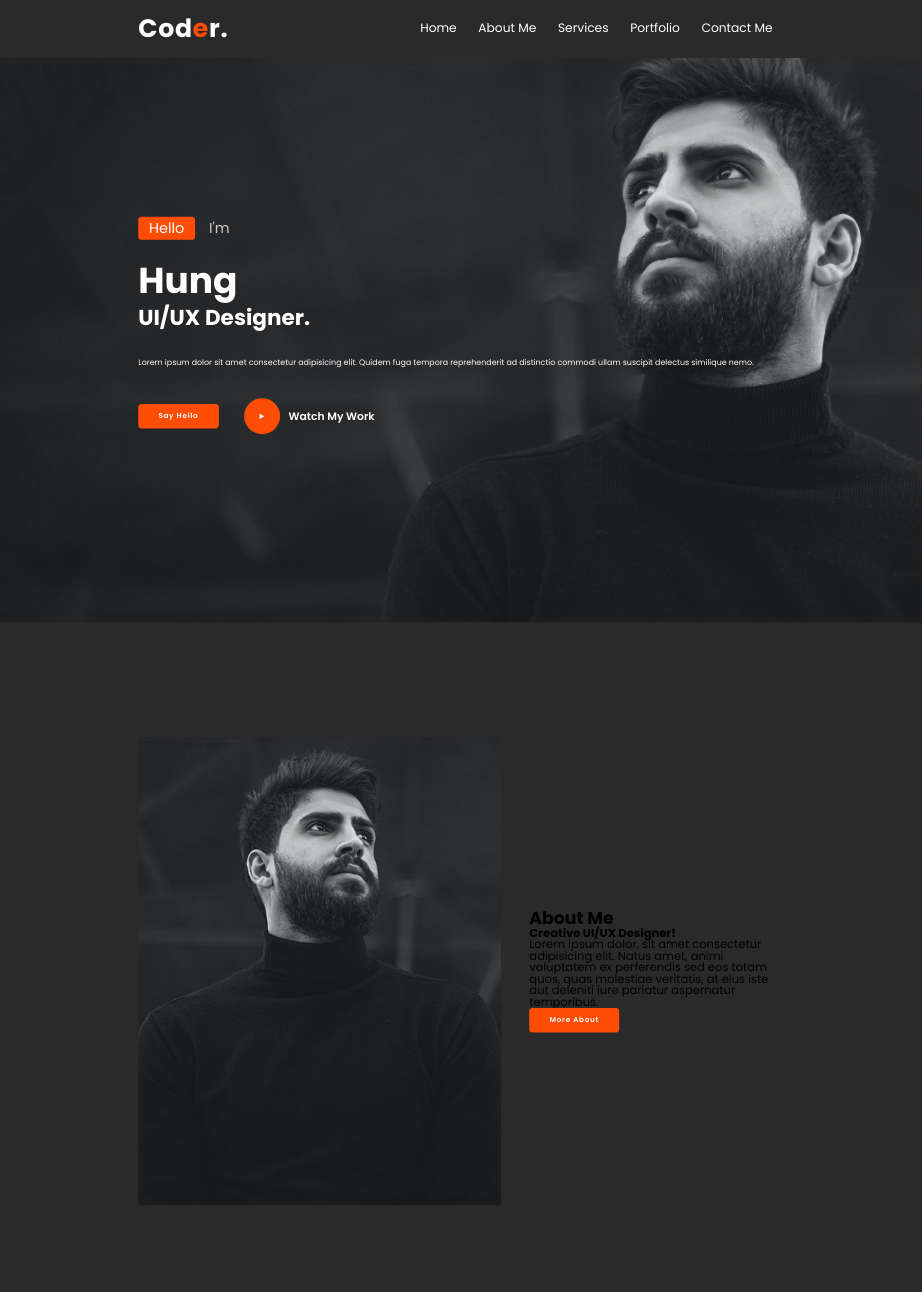
Repository: HungNg99/Protifolio2
Page: Portfolio/index.html
These files come from the project's save history. The page is drawn as it stood at one moment and after the next save; the edit follows.
The browser window is 1280 px wide. The pictures show the whole page, at 72% of full size.

Above is the page before, as saved 2022-12-11 08:25:30.

### Portfolio/index.html
<!DOCTYPE html>
<html lang="en">

<head>
    <meta charset="UTF-8">
    <meta http-equiv="X-UA-Compatible" content="IE=edge">
    <meta name="viewport" content="width=device-width, initial-scale=1.0">
    <title>Portfolio</title>
    <link rel="stylesheet" href="./reset.css">
    <link rel="stylesheet" href="./style.css">
    <link rel="stylesheet" href="https://cdnjs.cloudflare.com/ajax/libs/font-awesome/6.2.1/css/all.min.css"
        integrity="sha512-MV7K8+y+gLIBoVD59lQIYicR65iaqukzvf/nwasF0nqhPay5w/9lJmVM2hMDcnK1OnMGCdVK+iQrJ7lzPJQd1w=="
        crossorigin="anonymous" referrerpolicy="no-referrer" />

        <link rel="stylesheet"
        href="https://unpkg.com/boxicons@latest/css/boxicons.min.css">

    <link
        href="https://fonts.googleapis.com/css2?family=Montserrat:wght@800&family=Poppins:ital,wght@0,300;0,400;0,600;0,700;1,600&family=Roboto:wght@300;500&display=swap"
        rel="stylesheet">
</head>

<body>
    <!-- header design-->
    <header>
        <a href="#" class="logo">Cod<span>e</span>r.</a>
        <ul class="nav-list">
            <li><a href="#home" class="nav-link">
                    Home
                </a></li>
            <li><a href="#about" class="nav-link">
                    About Me
                </a></li>
            <li><a href="#services" class="nav-link">
                    Services
                </a></li>
            <li><a href="#portfolio" class="nav-link">
                    Portfolio
                </a></li>
            <li><a href="#contact" class="nav-link">
                    Contact Me
                </a></li>
        </ul>

        <div class="bx bx-menu" id="menu-icon">
        </div>
    </header>

    <!-- home section design -->
    <section class="home" id="home">
       <div class="home-text">
        <div class="slide">
            <span class="one">Hello</span>
            <span class="two">I'm</span>
        </div>
        <h1>Hung</h1>
        <h3>UI/UX <span>Designer.</span> </h3>
        <p>Lorem ipsum dolor sit amet consectetur adipisicing elit. Quidem fuga tempora reprehenderit ad distinctio commodi ullam suscipit delectus similique nemo.</p>
        <div class="button">
            <a href="#" class="btn">Say Hello</a>
            <a href="#" class="btn2"><span><i class='bx bx-play'></i>Watch My Work</span></a>
        </div>
       </div>
    </section>

    <!-- about section design -->
    <section class="about" id="about">
        <div class="about-img">
            <img src="./img/about.jpg" alt="">
        </div>
        <div class="about-text">
            <h2>About <span>Me</span></h2>
            <h4>Creative UI/UX Designer!</h4>
            <p>Lorem ipsum dolor, sit amet consectetur adipisicing elit. Natus amet, animi voluptatem ex perferendis sed eos totam quos, quas molestiae veritatis, at eius iste aut deleniti iure pariatur aspernatur temporibus.</p>
            <a href="#" class="btn">More About</a>
        </div>
    </section>
    <script src="./scripts.js"></script>
</body>

</html>

### Portfolio/reset.css
html {
    box-sizing: border-box;
  }
  * {
    margin: 0;
    padding: 0;
  }
  *,
  *:before,
  *:after {
    box-sizing: border-box;
  }
  input,
  textarea,
  select,
  button {
    outline: none;
  }
  input {
    line-height: normal;
  }
  label,
  button {
    cursor: pointer;
  }
  a {
    text-decoration: none;
  }
  img {
    display: block;
    max-width: 100%;
  }
  *,
  *:before,
  *:after {
    box-sizing: border-box;
  }
  /* using rem unit */
  html {
    font-size: 62.5%;
  }
  a {
    text-decoration: none;
  }
  img {
    display: block;
    max-width: 100%;
  }
  body {
    font-family: "Poppins", sans-serif;
    font-size: 16px;
    line-height: 1;
    list-style: none;
    scroll-behavior: smooth;
    /* height: 200vh; */
  }

### Portfolio/style.css
body{
    background-color: var(--bg-color);
}
:root {
    --bg-color: #2a2a2a;
    --second-bg-color: #202020;
    --text-color: #fff;
    --second-color: #ccc;
    --main-color: #ff4d05;
    --big-font: 5rem;
    --h2-font: 3rem;
    --p-font: 1.1rem;
}

header {
    position: fixed;
    width: 100%;
    top: 0;
    right: 0;
    z-index: 1000;
    align-items: center;
    justify-content: space-between;
    background: var(--bg-color);
    padding: 22px 15%;
    border-bottom: 1px solid transparent;
    transition: all 0.45s ease;
    display: flex;
    justify-content: space-between;
    align-items: center;
}

.logo {
    color: var(--text-color);
    font-size: 35px;
    font-weight: 700;
    letter-spacing: 1px;
}

.logo span {
    color: var(--main-color);
}

.nav-list {
    display: flex;
    list-style: none;
}

.nav-list .nav-link {
    color: var(--text-color);
    margin: 0 15px;
    font-size: 17px;
    font-weight: 500;
    transition: all 0.45s ease;
}

.nav-list .nav-link:hover {
    color: var(--main-color);
}

.nav-list .nav-link.active {
    color: var(--main-color);
}

#menu-icon {
    color: var(--text-color);
    font-size: 35px;
    z-index: 10001;
    cursor: pointer;
    margin-left: 25px;
    display: none;

}

section {
    padding: 160px 15% 120px;
}

.home {
    position: relative;
    background-image: url(./img/background.jpg);
    background-repeat: no-repeat;
    background-position: center;
    background-size: cover;
    height: 120vh;
    width: 100%;
    display: flex;
    align-items: center;
    justify-content: flex-start;
}

.slide {
    margin-bottom: 30px;
}

.one {
    display: inline-block;
    margin-right: 15px;
    height: 32px;
    padding: 0 15px;
    line-height: 32px;
    font-size: 20px;
    font-weight: 500;
    border-radius: 5px;
    background-color: var(--main-color);
    color: var(--text-color);
}

.two {
    display: inline-block;
    color: var(--second-color);
    font-size: 20px;
    font-weight: 500;
}
.home-text h1 {
    font-size: var(--big-font);
    font-weight: 700;
    color: var(--text-color);
    line-height:1.1;
    margin: 0 0 8px;
}
.home-text h3{
    color: var(--text-color);
    margin: 0 0 35px;
    font-size: 3rem;
    font-weight: 700;
    line-height:1.1;
}
.home-text p{
    color: var(--text-color);
    font-size: var(--p-font);
    line-height:1.8;
    margin-bottom: 40px;
}
.button{
    display:flex;
    align-items: center;
    justify-content: flex-start;
}
.btn{
    display: inline-block;
    padding: 12px 28px;
    background: var(--main-color);
    border-radius: 5px;
    color: var(--text-color);
    font-size:1rem;
    letter-spacing: 1px;
    font-weight: 600;
    transition: all 0.45s ease;
}
.btn:hover{
    transform: scale(1.1);
}
.btn2{
    display: inline-flex;
    align-items: center;
    justify-content: center;
    font-size: 15px;
    font-weight:600;
    color: var(--text-color);
    margin-left: 35px;
}
.btn2 span{
    display: inline-flex;
    align-items: center;
    justify-content: center;
}
.btn2 span i{
    margin-right: 12px;
    height: 50px;
    width: 50px;
    border-radius: 50%;
    display: flex;
    align-items: center;
    justify-content: center;
    transition: all 0.45s ease;
    background-color: var(--main-color);
    color: var(--text-color);
}
.btn2 span i:hover{
    transform: scale(1.1);
}

.about{
    display: flex;
    align-items: center;
    justify-content: space-between;
}


.about-img{

}
.about-text{
    /* display: inline-flex; */
    flex:0.9;
}

Loaded but not shown: Portfolio/scripts.js (no copy from this time; the picture is the same without it)

After the next save:
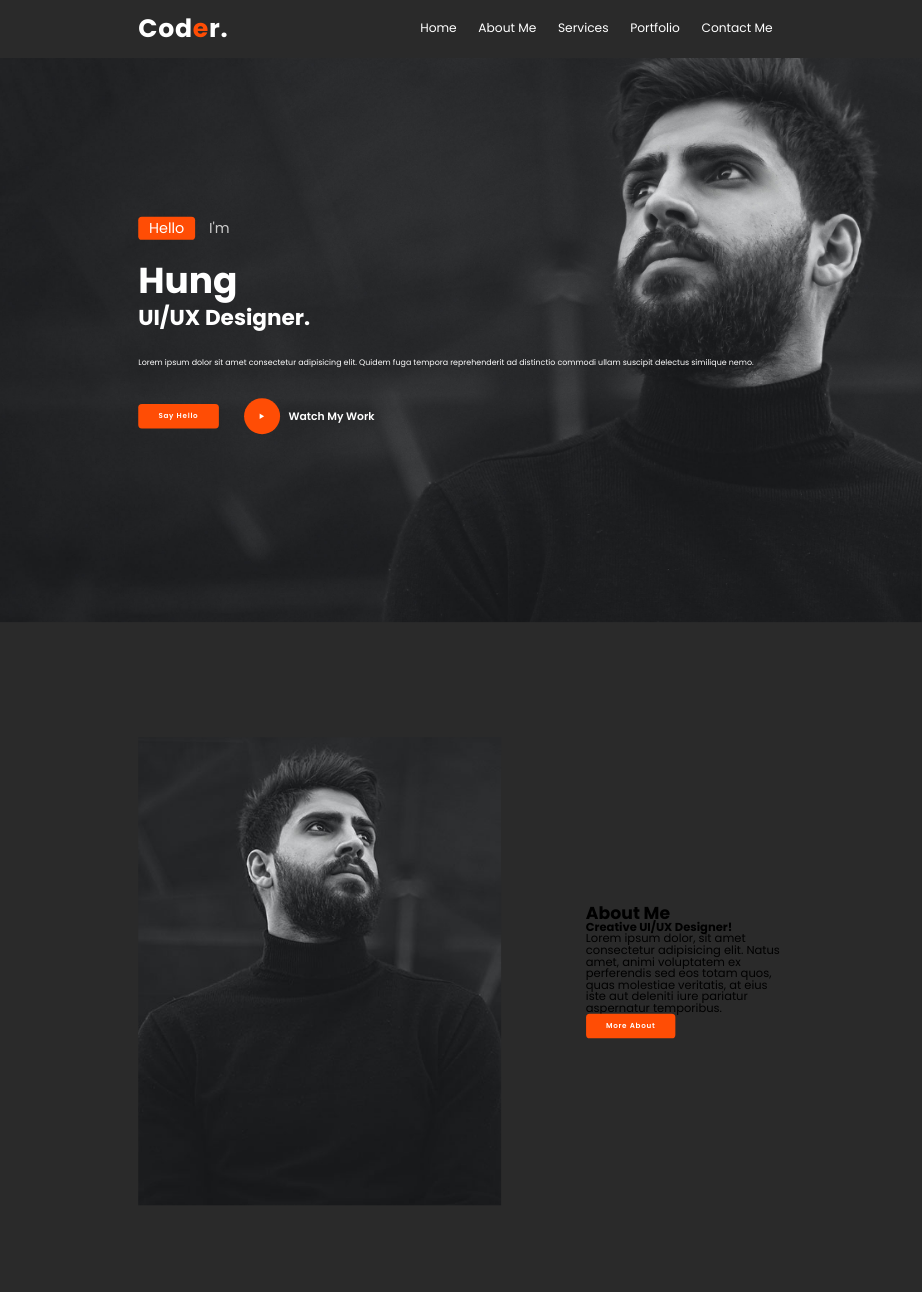
Saved 15 s later.
--- a/Portfolio/style.css
+++ b/Portfolio/style.css
@@ -192,5 +192,5 @@ section {
 }
 .about-text{
     /* display: inline-flex; */
-    flex:0.9;
+    flex:0.7;
 }
